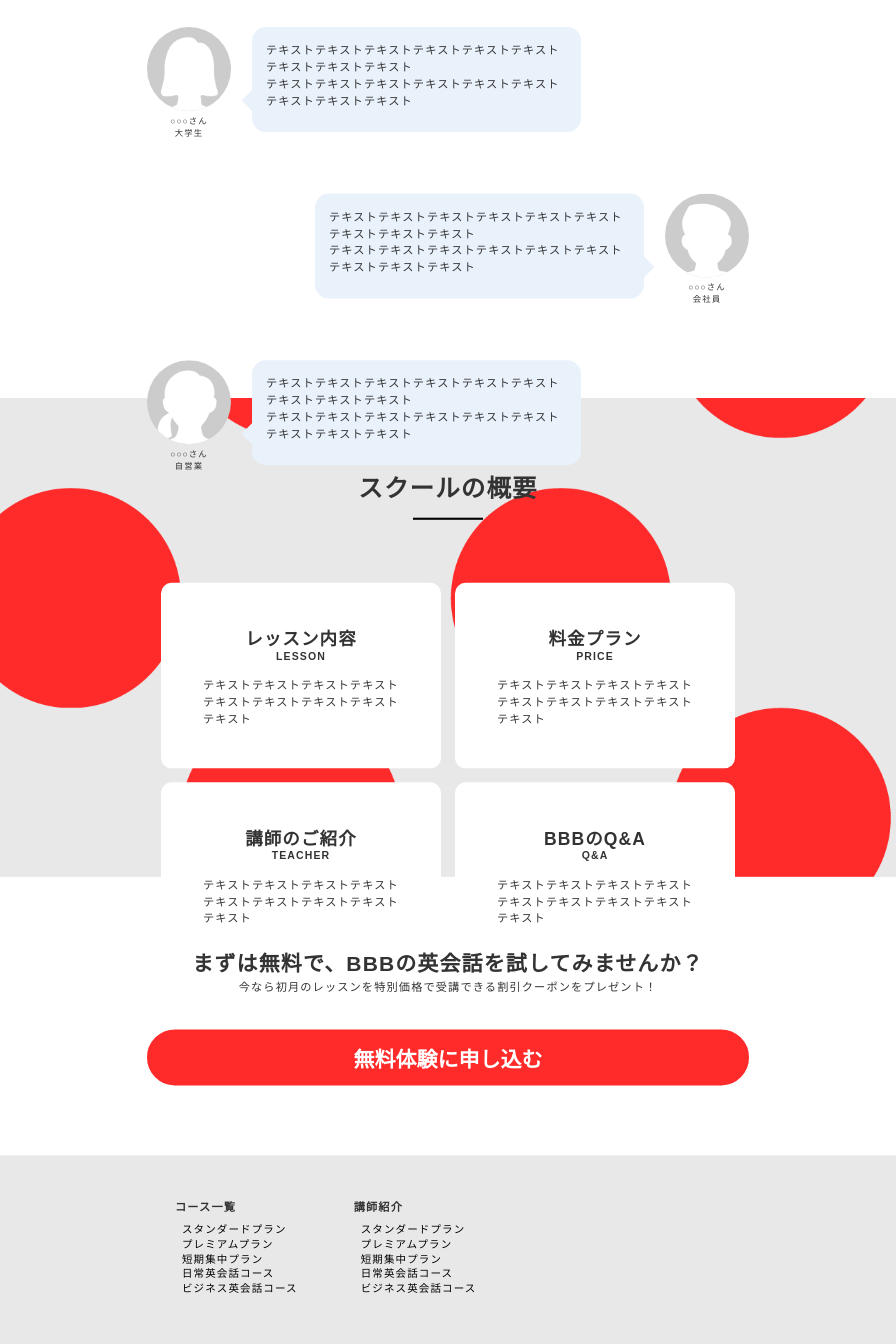
Repository: n19880405nick/challenge
Page: Codestep/BBB English School/bbbes.html
The author's editor kept a record of every edit. The page is drawn from the files as they stood at one moment, then again after the next edit.
The browser window is 1280 px wide. The pictures show the part of the page from y = 1721 to 3641 px (the page is 3641 px tall), at 70% of full size.

Above is the page before.

### Codestep/BBB English School/bbbes.html
<!DOCTYPE html>
<html lang="ja">
  <head>
    <meta charset="utf-8">
    <meta name="viewport" content="width=device-width, initial-scale=1.0">
    <title>BBB英会話スクール</title>
    <link rel="stylesheet" href="bbbes.css">
    <link rel="shortcut icon" href="img/favicon.ico">
    <script src="https://ajax.googleapis.com/ajax/libs/jquery/3.5.1/jquery.min.js"></script>
    <script src="jquery.inview.min.js"></script>
    <script src="main.js"></script>
  </head>

  <body>
    <header>
      <a href="#"><img class="logo-r" src="img/logo-r.svg"></a>
      <nav class="menu">
        <img class="logo-w" src="img/logo-w.svg">
        <ul>
          <li><a href="#reason">BBBが選ばれる理由</a></li>
          <li><a href="#student">受講生の声</a></li>
          <li><a href="#about">スクールの概要</a></li>
          <li class="gotop"><a href="#"><span>無料体験に申し込む</span></a></li>
        </ul>
      </nav>
      <button class="hamburger">
        <span></span>
        <span></span>
        <span></span>
      </button>
    </header>

    <main>
      <div class="main-visual">
        <h3 class="main-visual-text">話して学ぼう！<br>BBB英会話スクール</h3>
        <a href="#"><button class="main-visual-go">無料体験はこちら  ></button></a>
        <div class="main-visual-images">
          <img class="main-visual-image" src="img/mainvisual1.jpg">
          <img class="main-visual-image" src="img/mainvisual2.jpg">
          <img class="main-visual-image" src="img/mainvisual3.jpg">
        </div>
      </div>

      <section id="reason">
        <h3 class="title">BBBが選ばれる理由</h3>
        <span class="undertitle"></span>
        <div class="reason-contents">
          <div class="reason1">
            <img class="reason-icon" src="img/icon-pc.png">
            <div class="reason-texts">
              <h3 class="reason-subtitle">オンライン対応</h3>
              <p>24時間いつでも受講できる！</p>
            </div>
          </div>
          <div class="reason2">
            <img class="reason-icon" src="img/icon-teacher.png">
            <div class="reason-texts">
              <h3 class="reason-subtitle">講師はネイティブ</h3>
              <p>お気に入りの講師が自由に選べる！</p>
            </div>
          </div>
        </div>
      </section>

      <section id="student">
        <h3 class="title">受講生の声</h3>
        <span class="undertitle"></span>
        <div class="student-contents">
          <div class="student-content1">
            <div class="student-icons">
              <img class="student-icon" src="img/icon-student1.png">
              <p>○○○さん<br>大学生</p>
            </div>
            <div class="student-text">
              <p>
                テキストテキストテキストテキストテキストテキストテキストテキストテキスト<br>
                テキストテキストテキストテキストテキストテキストテキストテキストテキスト
              </p>
            </div>
          </div>
          <div class="student-content2">
            <div class="student-text">
              <p>
                テキストテキストテキストテキストテキストテキストテキストテキストテキスト<br>
                テキストテキストテキストテキストテキストテキストテキストテキストテキスト
              </p>
            </div>
            <div class="student-icons">
              <img class="student-icon" src="img/icon-student2.png">
              <p>○○○さん<br>会社員</p>
            </div>
          </div>
          <div class="student-content3">
            <div class="student-icons">
              <img class="student-icon" src="img/icon-student3.png">
              <p>○○○さん<br>自営業</p>
            </div>
            <div class="student-text">
              <p>
                テキストテキストテキストテキストテキストテキストテキストテキストテキスト<br>
                テキストテキストテキストテキストテキストテキストテキストテキストテキスト
              </p>
            </div>
          </div>
        </div>
      </section>

      <section id="about">
        <h3 class="title">スクールの概要</h3>
        <span class="undertitle"></span>
        <div class="about-contents">
          <div class="about-content">
            <span class="about-title">レッスン内容</span>
            <span class="about-subtitle">LESSON</span>
            <p>テキストテキストテキストテキストテキストテキストテキストテキストテキスト</p>
          </div>
          <div class="about-content">
            <span class="about-title">料金プラン</span>
            <span class="about-subtitle">PRICE</span>
            <p>テキストテキストテキストテキストテキストテキストテキストテキストテキスト</p>
          </div>
          <div class="about-content">
            <span class="about-title">講師のご紹介</span>
            <span class="about-subtitle">TEACHER</span>
            <p>テキストテキストテキストテキストテキストテキストテキストテキストテキスト</p>
          </div>
          <div class="about-content">
            <span class="about-title">BBBのQ&A</span>
            <span class="about-subtitle">Q&A</span>
            <p>テキストテキストテキストテキストテキストテキストテキストテキストテキスト</p>
          </div>
        </div>
      </section>

      <div id="invite">
        <p>まずは無料で、BBBの英会話を試してみませんか？</p>
        <p>今なら初月のレッスンを特別価格で受講できる割引クーポンをプレゼント！</p>
        <a href="#"><button class="invite">無料体験に申し込む</button></a>
      </div>

    </main>

    <footer>
      <div class="footer-contents">
        <div class="footer-content">
          <span class="footer-title">コース一覧</span>
          <ul>
            <li><a href="#">スタンダードプラン</a></li>
            <li><a href="#">プレミアムプラン</a></li>
            <li><a href="#">短期集中プラン</a></li>
            <li><a href="#">日常英会話コース</a></li>
            <li><a href="#">ビジネス英会話コース</a></li>
          </ul>
        </div>
        <div class="footer-content">
          <span class="footer-title">講師紹介</span>
          <ul>
            <li><a href="#">スタンダードプラン</a></li>
            <li><a href="#">プレミアムプラン</a></li>
            <li><a href="#">短期集中プラン</a></li>
            <li><a href="#">日常英会話コース</a></li>
            <li><a href="#">ビジネス英会話コース</a></li>
          </ul>
        </div>
      </div>
    </footer>
  </body>
</html>

### Codestep/BBB English School/bbbes.css
*{
  margin: 0;
  padding: 0;
  box-sizing: border-box;
}

body{
  color: #333;
  font-family: "游ゴシック体", "YuGothic", "游ゴシック Medium", "Yu Gothic Medium", "游ゴシック", "Yu Gothic", "メイリオ", sans-serif;
  letter-spacing: 0.1em;
}

/*header*/

header{
  position: relative;
  z-index: 10;
}

.logo-r, .logo-w{
  width: 100px;
  position: absolute;
  top: 40px;
  left: 50px;
}

.menu{
  width: 100vw;
  height: 100vh;
  position: fixed;
  background-color: #ff2a2a;
  visibility: hidden;
  opacity: 0;
  transition: 800ms;
}

.open .menu{
  visibility: visible;
  opacity: 1;
}

.hamburger{
  width: 100px;
  height: 100px;
  position: fixed;
  top: 0;
  right: 0;
  background-color: #ff2a2a;
  border-color: transparent;
  cursor: pointer;
  transition: 0.5s;
}

.hamburger:hover{
  opacity: 0.6;
}

.hamburger span{
  display: block;
  margin-left: 25px;
  width: 50px;
  height: 2px;
  background-color: white;
  position: absolute;
  transition: all 0.5s 0s ease;
}

.hamburger span:first-child{
  top: 30px;
}

.hamburger span:nth-child(3){
  top: 65px;
}

.open .hamburger span:first-child{
  transform: translateY(17px) rotate(-45deg);
}

.open .hamburger span:nth-child(2){
  display: none;
}

.open .hamburger span:nth-child(3){
  transform: translateY(-17px) rotate(45deg);
}

.menu ul{
  text-align: center;
  padding-top: 80px;
}

.menu ul li{
  margin: 20px 0;
}

.menu ul li a{
  text-decoration: none;
  color: white;
  font-weight: bold;
}

.gotop span{
  display: block;
  width: 250px;
  height: 50px;
  padding-top: 10px;
  margin: 50px auto;
  border: solid 1px white;
  transition: all 0.5s 0s ease;
  position: relative;
}

.gotop span:hover{
  background-color: white;
  color: red;
}

.gotop span::after{
  content: "";
  width: 250px;
  height: 50px;
  position: absolute;
  top: 5px;
  left: 5px;
  border-right: solid 1px white;
  border-bottom: solid 1px white;
}

/*main-visual*/

main{
  padding-top: 100px;
  position: relative;
}

.main-visual{
  width: 100vw;
  height: 80vh;
}

.main-visual-text{
  position: absolute;
  top: 400px;
  left: 200px;
  font-size: 45px;
  z-index: 5;
}

.main-visual a{
  position: absolute;
  top: 570px;
  left: 200px;
  z-index: 5;
}

.main-visual-go{
  width: 420px;
  height: 80px;
  background-color: #ff2a2a;
  border: solid 1px #ff2a2a;
  box-shadow: 0 10px 0 0 #9a0413;
  color: white;
  border-radius: 10px;
  font-size: 30px;
  cursor: pointer;
  transition:0.5s;
}

.main-visual-go:hover{
  transform: scale(1.1);
}

.main-visual-images{
  width: 75vw;
  height: 80vh;
  position: relative;
  margin-left: auto;
  margin-right: 10px;
}

.main-visual-images::after{
  content: "";
  position: absolute;
  top: 0;
  bottom: 0;
  left: 0;
  right: 0;
  box-shadow: inset 0 0 20px 15px #FFF;
}

.main-visual-image{
  width: 75vw;
  height: 80vh;
  opacity: 0;
  position: absolute;
  animation: change-img 15s infinite;
}

.main-visual-image:first-child{
  animation-delay: 0s;
}

.main-visual-image:nth-child(2){
  animation-delay: 5s;
}

.main-visual-image:nth-child(3){
  animation-delay: 10s;
}

@keyframes change-img{
   0% {opacity: 0;}
  15% {opacity: 1;}
  30% {opacity: 1;}
  45% {opacity: 0;}
  100% {opacity: 0;}
}

/*reason*/

#reason, #student{
  margin-top: 100px;
}

.title{
  font-size: 35px;
  text-align: center;
}

.undertitle{
  content: "";
  display: block;
  margin: 20px auto 80px;
  width: 100px;
  height: 3px;
  background-color: black;
}

.reason-contents{
  width: 100vw;
  height: 80vh;
  background-color: #ff2a2a;
  position: relative;
  overflow: hidden;
}

.reason1, .reason2{
  width: 60vw;
  background-color: white;
  border-radius: 10px;
  display: flex;
  justify-content: center;
  padding: 100px 0;
  position: absolute;
  transition: 1s;
  opacity: 0;
}

.reason1{
  top: 80px;
  left: -700px;
}

.reason1.is-inview{
  left: -10vw;
  opacity: 1;
}

.reason2{
  top: 400px;
  left: 1500px;
}

.reason2.is-inview{
  left: 50vw;
  opacity: 1;
}

.reason-icon{
  margin-top: 10px;
  margin-right: 30px;
  height: 60px;
}

.reason1 .reason-icon{
  width: 90px;
}

.reason2 .reason-icon{
  width: 50px;
}

.reason-subtitle{
  font-size: 30px;
  color: #ff2a2a;
}

/*student*/

#student, #about{
  height: 95vh;
}

.student-contents,
.about-contents{
  width: 860px;
  margin: 0 auto;
}

.student-content1,
.student-content2,
.student-content3{
  display: flex;
  width: 650px;
  opacity: 0;
  transform: scale(0.1);
  transition: 1s;
}

.student-content1.is-inview,
.student-content2.is-inview,
.student-content3.is-inview{
  transform: scale(1.0);
  opacity: 1;
}

.student-content2{
  margin: 80px 0 80px auto;
}

.student-icons{
  text-align: center;
}

.student-icon{
  width: 120px;
  height: 120px;
  border-radius: 50%;
  background-color: #ccc;
}

.student-icons p{
  font-size: 12px;
}

.student-text{
  height: 150px;
  margin: 0 30px;
  padding: 20px;
  background-color: #e9f1fb;
  border-radius: 20px;
  position: relative;
}

.student-content1 .student-text::before,
.student-content3 .student-text::before{
  content: "";
  position: absolute;
  top: 70%;
  left: -30px;
  margin-top: -15px;
  border: 15px solid transparent;
  border-right: 15px solid #e9f1fb;
}

.student-content2 .student-text::before{
  content: "";
  position: absolute;
  top: 70%;
  left: 100%;
  margin-top: -15px;
  border: 15px solid transparent;
  border-left: 15px solid #e9f1fb;
}

/*about*/

#about{
  padding: 100px;
  background-image: url("img/bg.gif");
  background-repeat: repeat;
  animation: bgloop 10s linear infinite;
}

@keyframes bgloop{
  0% { background-position: 0 0;}
  100% { background-position: -700px 700px;}
}

.about-contents{
  display: flex;
  flex-wrap: wrap;
  justify-content: center;
}

.about-content{
  width: 400px;
  padding: 60px;
  margin: 10px;
  background-color: white;
  border-radius: 15px;
  text-align: center;
}

.about-title{
  font-size: 25px;
  font-weight: bold;
}

.about-subtitle{
  font-size: 15px;
  font-weight: bold;
  display: block;
}

.about-content p{
  margin-top: 20px;
  text-align: left;
}

/*invite*/

#invite{
  width: 100vw;
  display: flex;
  flex-direction: column;
  align-items: center;
  padding: 100px 0;
}

#invite p:first-child{
  font-size: 30px;
  font-weight: bold;
}

.invite{
  width: 860px;
  height: 80px;
  margin-top: 50px;
  background-color: #ff2a2a;
  border: solid 3px #ff2a2a;
  border-radius: 40px;
  cursor: pointer;
  color: white;
  font-size: 30px;
  font-weight: bold;
  transition: 0.5s;
}

.invite:hover{
  background-color: white;
  color: #ff2a2a;
}

/*footer*/

footer{
  width: 100vw;
  background-color: #e8e8e8;
  padding: 60px 0 40px;
  text-align: center;
}

.footer-contents{
  width: 860px;
  margin: 0 auto 30px;
  text-align: left;
  display: flex;
}

.footer-content{
  margin: 0 40px;
}

.footer-title{
  font-weight: bold;
}

.footer-content ul{
  margin-top: 10px;
}

.footer-content li{
  list-style: none;
  margin-left: 10px;
}

.footer-content li a{
  text-decoration: none;
  color: black;
  font-size: 15px;
}

.copyright{
  font-size: 10px;
}

/*responsive*/

@media screen and (max-width: 900px){
  .logo-r, .logo-w{
    top: 20px;
    left: 30px;
  }

  .main-visual-images{
    width: 100vw;
    height: 40vh;
    margin: 0 auto;
  }
  .main-visual-image{
    width: 100vw;
    height: 40vh;
  }

  .main-visual-text{
    top: 450px;
    left: 20px;
    font-size: 30px;
  }

  .main-visual a{
    top: 570px;
    left: 20px;
  }

  .main-visual-go{
    width: 95vw;
  }

  #reason, #student{
    margin-top: 20px;
  }

  .title{
    font-size: 30px;
  }

  .reason-contents{
    height: 40vh;
  }

  .reason1, .reason2{
    width: 100vw;
    padding: 20px 0;
  }

  .reason1{
    top: 40px;
    left: -300px;
  }

  .reason1.is-inview{
    left: -3vw;
    opacity: 1;
  }

  .reason2{
    top: 200px;
    left: 500px;
  }

  .reason2.is-inview{
    left: 3vw;
    opacity: 1;
  }

  #student{
    height: 150vh;
  }

  .student-contents,
  .about-contents{
    width: 100vw;
  }

  .student-content2{
    width: 100vw;
    flex-direction: column;
  }

  .student-content1,
  .student-content3{
    width: 100vw;
    flex-direction: column-reverse;
  }

  .student-content2{
    margin: 50px 0;
  }

  .student-text{
    height: 100px;
    margin: 10px auto;
  }

  .student-icon{
    margin-top: 30px;
  }

  .student-content1 .student-text::before,
  .student-content2 .student-text::before,
  .student-content3 .student-text::before{
    top: 100%;
    left: 50%;
    margin-left: -15px;
  }

  #about{
    height: 120vh;
    padding: 20px;
  }

  .about-content{
    width: 90vw;
    padding: 30px;
  }

  .invite{
    width: 90vw;
  }

  .footer-contents{
    width: 100vw;
    flex-wrap: wrap;
  }

  .footer-content{
    width: 45vw;
    margin: 30px 20px;
  }
}

### Codestep/BBB English School/main.js
$(function(){
  $('.hamburger').on('click',function(){
    if($('header').hasClass('open')){
      $('header').removeClass('open')
    }else{
      $('header').addClass('open');
    }
  });
  $('.menu').on('click',function(){
    $('header').removeClass('open');
  });
  // inview
  $('.reason1').on('inview',function(event, isInView, visiblePartX, visiblePartY){
    if (isInView){
      $(this).addClass('is-inview');
    }
  });
  $('.reason2').on('inview',function(event, isInView, visiblePartX, visiblePartY){
    if (isInView){
      $(this).addClass('is-inview');
    }
  });
  $('.student-content1').on('inview',function(event, isInView, visiblePartX, visiblePartY){
    if (isInView){
      $(this).addClass('is-inview');
    }
  });
  $('.student-content2').on('inview',function(event, isInView, visiblePartX, visiblePartY){
    if (isInView){
      $(this).addClass('is-inview');
    }
  });
  $('.student-content3').on('inview',function(event, isInView, visiblePartX, visiblePartY){
    if (isInView){
      $(this).addClass('is-inview');
    }
  });
});

Loaded but not shown: Codestep/BBB English School/jquery.inview.min.js (common file)

After the next edit:
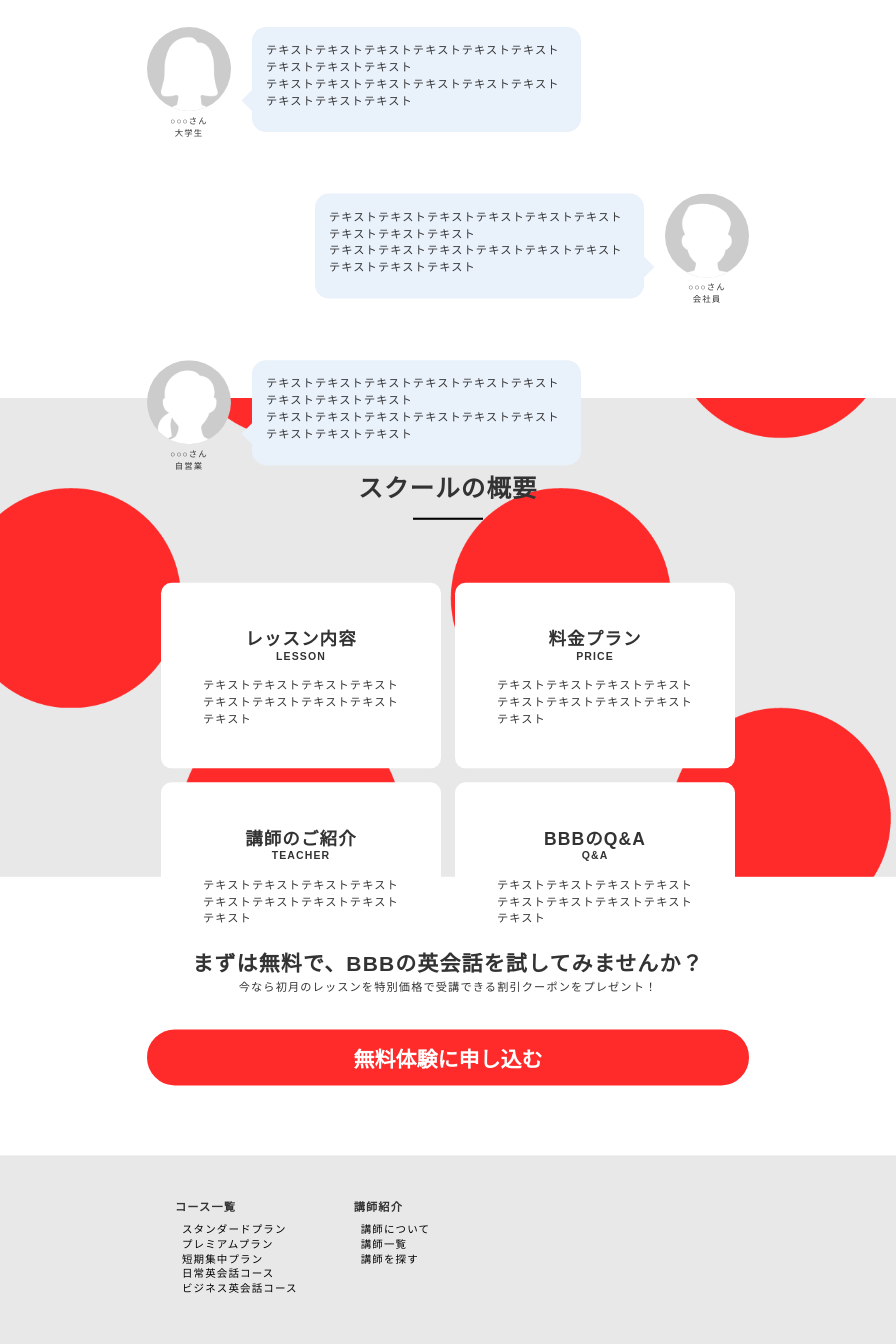
The edit:
--- a/Codestep/BBB English School/bbbes.html
+++ b/Codestep/BBB English School/bbbes.html
@@ -155,11 +155,9 @@
         <div class="footer-content">
           <span class="footer-title">講師紹介</span>
           <ul>
-            <li><a href="#">スタンダードプラン</a></li>
-            <li><a href="#">プレミアムプラン</a></li>
-            <li><a href="#">短期集中プラン</a></li>
-            <li><a href="#">日常英会話コース</a></li>
-            <li><a href="#">ビジネス英会話コース</a></li>
+            <li><a href="#">講師について</a></li>
+            <li><a href="#">講師一覧</a></li>
+            <li><a href="#">講師を探す</a></li>
           </ul>
         </div>
       </div>
